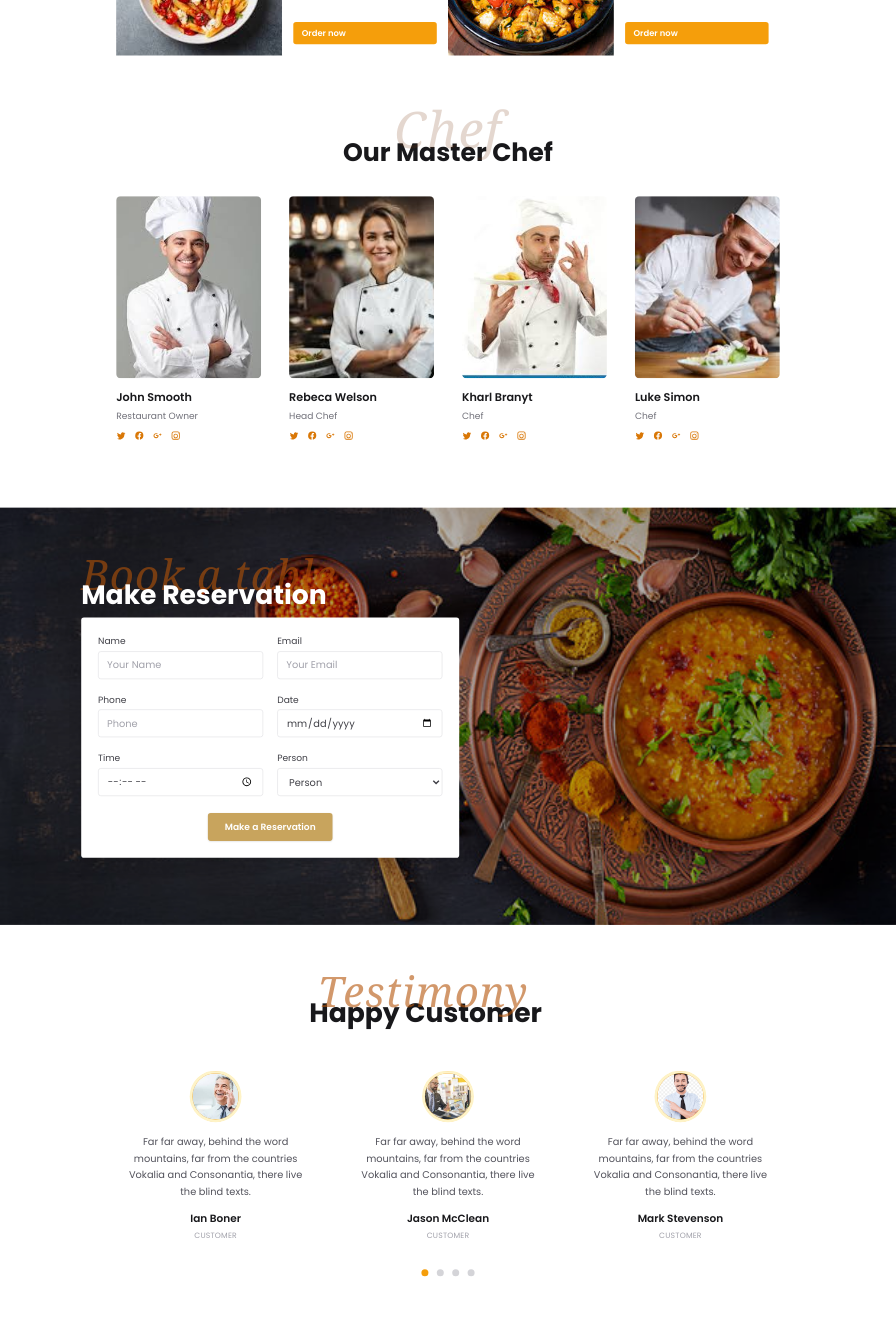
Repository: Purniagithub/Benttacproject
Page: /
These files come from the project's save history. The page is drawn as it stood at one moment and after the next save; the edit follows.
The browser window is 1280 px wide. The pictures show the part of the page from y = 2385 to 4305 px (the page is 4305 px tall before and 4299 px after), at 70% of full size.
Some web fonts or font styles are not loaded; a fallback is used. The project was rebuilt for these pictures with package versions that can differ from the ones it lists, and the page was loaded fresh each time. Also part of the build but not shown: vite.config.js.

Above is the page before, as saved 2025-08-21 19:45:50.

After the next save:
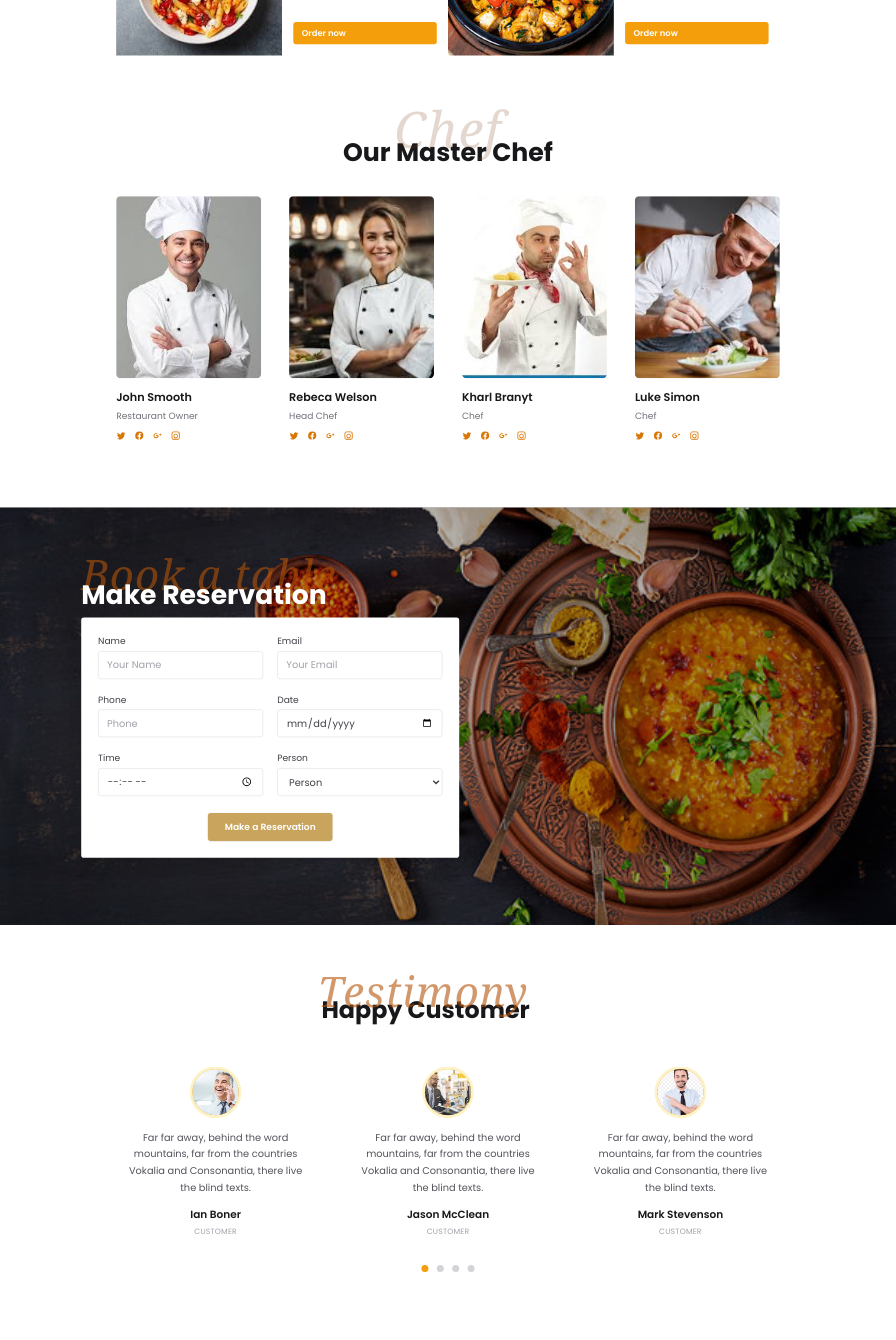
Saved 9 s later.
--- a/src/components/ReservationTestimonials.jsx
+++ b/src/components/ReservationTestimonials.jsx
@@ -188,7 +188,7 @@ export default function ReservationTestimonials() {
       <div className="relative mx-auto max-w-[980px] px-4 py-20 sm:py-24">
         <div className="relative">
           <Accent className="ml-72" text="Testimony" />
-          <h2 className="text-center text-[30px] sm:text-[38px] font-extrabold text-zinc-900 mr-16">
+          <h2 className="text-center text-[30px] sm:text-[34px] font-extrabold text-zinc-900 mr-16">
             Happy Customer
           </h2>
         </div>
